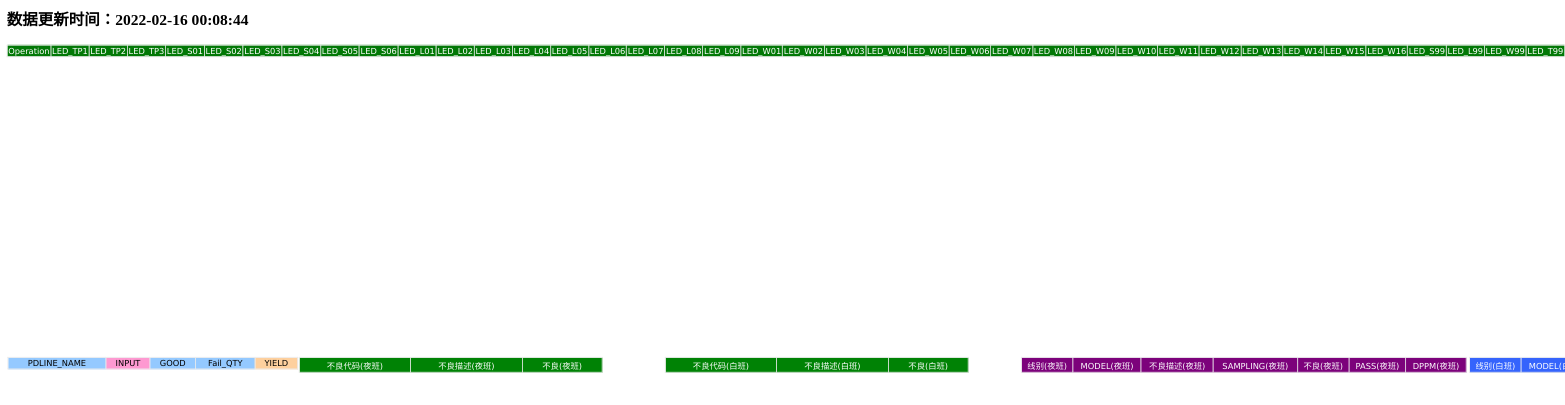
Repository: zxj19880502/mycode
Page: http://localhost/test1/time.jsp
The author's editor kept a copy of each file at every save. The page is drawn from the files as they stood at one save, then again after the next save.
The browser window is 1280 px wide. The page is 1886 px wide, so the pictures cover 1886 px, including what lies to the right of the window. The pictures show the whole page, at 83% of full size.
The page is served by Tomcat 9. Queries for data that is not in the repository find no rows.

Above is the page before, as saved 2022-02-17 00:33:53.

### apache-tomcat-8.5.73/webapps/ROOT/test1/time.jsp
<%@ page contentType="text/html;charset=utf-8" language="java" errorPage="" %>
 <%@ page import="java.text.*"%>
<%@ page import="java.sql.*" %>
 <%@page import="java.util.*"%>

<meta http-equiv="refresh" content="300">

<html>



<head>

  <title>时间查询</title>


<style type="text/css">
#container {
    height: 70%;
}

.highcharts-figure,
.highcharts-data-table table {

    margin: 1em auto;
}

#datatable {
    font-family: Verdana, sans-serif;
    border-collapse: collapse;
    border: 1px solid #ebebeb;

    text-align: center;
    font-size:10px;

}



#datatable td,
#datatable th,
#datatable caption {
    padding: 0.1em;
}

#datatable thead tr,
#datatable tr:nth-child(even) {
    background: #f8f8f8;
}

#datatable tr:hover {
    background: #f1f7ff;
}

		</style>
</head>
 <body >

<%

Class.forName("oracle.jdbc.driver.OracleDriver");

Connection connection=DriverManager.getConnection("jdbc:oracle:thin:@172.22.24.221:1521:ledmes1","sajet","tech");

Statement stmt=connection.createStatement();

Statement stmtc=connection.createStatement();
Statement cc=connection.createStatement();
Statement dd=connection.createStatement();

Statement hja=connection.createStatement();
Statement wip=connection.createStatement();

Statement nqc=connection.createStatement();
Statement dqc=connection.createStatement();

String path = request.getContextPath();
String basePath = request.getScheme()+"://"+request.getServerName()+":"+request.getServerPort()+path+"/";
String starday = request.getParameter("day");//用request得到
String startime = request.getParameter("time");//用request得到
String endday = request.getParameter("endday");//用request得到
String endtime = request.getParameter("endtime");//用request得到
String datetime = new SimpleDateFormat("yyyy-MM-dd HH:mm:ss").format(Calendar.getInstance().getTime());//系统时间变量
ResultSet rs =stmt.executeQuery("SELECT PROCESS_NAME ,sum(nvl(LED_TP1,'0')) LED_TP1,sum(nvl(LED_TP2,'0')) LED_TP2,sum(nvl(LED_TP3,'0')) LED_TP3,sum(nvl(LED_S01,'0')) LED_S01,sum(nvl(LED_S02,'0')) LED_S02,sum(nvl(LED_S03,'0')) LED_S03,sum(nvl(LED_S04,'0')) LED_S04,sum(nvl(LED_S05,'0')) LED_S05,sum(nvl(LED_S06,'0')) LED_S06,sum(nvl(LED_L01,'0')) LED_L01,sum(nvl(LED_L02,'0')) LED_L02,sum(nvl(LED_L03,'0')) LED_L03,sum(nvl(LED_L04,'0')) LED_L04,sum(nvl(LED_L05,'0')) LED_L05,sum(nvl(LED_L06,'0')) LED_L06,sum(nvl(LED_L07,'0')) LED_L07,sum(nvl(LED_L08,'0')) LED_L08,sum(nvl(LED_L09,'0')) LED_L09,sum(nvl(LED_W01,'0')) LED_W01,sum(nvl(LED_W02,'0')) LED_W02,sum(nvl(LED_W03,'0')) LED_W03,sum(nvl(LED_W04,'0')) LED_W04,sum(nvl(LED_W05,'0')) LED_W05,sum(nvl(LED_W06,'0')) LED_W06,sum(nvl(LED_W07,'0')) LED_W07,sum(nvl(LED_W08,'0')) LED_W08,sum(nvl(LED_W09,'0')) LED_W09,sum(nvl(LED_W10,'0')) LED_W10,sum(nvl(LED_W11,'0')) LED_W11,sum(nvl(LED_W12,'0')) LED_W12,sum(nvl(LED_W13,'0')) LED_W13,sum(nvl(LED_W14,'0')) LED_W14,sum(nvl(LED_W15,'0')) LED_W15,sum(nvl(LED_W16,'0')) LED_W16,sum(nvl(LED_S99,'0')) LED_S99,sum(nvl(LED_L99,'0')) LED_L99,sum(nvl(LED_W99,'0')) LED_W99,sum(nvl(LED_T99,'0')) LED_T99 from(SELECT PDLINE_NAME,PROCESS_NAME, decode(PDLINE_NAME,'LED_TP1',input)LED_TP1,decode(PDLINE_NAME,'LED_W10',input) LED_W10,decode(PDLINE_NAME,'LED_W16',input) LED_W16 ,decode(PDLINE_NAME,'LED_W01',input) LED_W01 ,decode(PDLINE_NAME,'LED_L05',input) LED_L05,decode(PDLINE_NAME,'LED_S01',input) LED_S01,decode(PDLINE_NAME,'LED_S02',input) LED_S02 ,decode(PDLINE_NAME,'LED_L02',input) LED_L02 ,decode(PDLINE_NAME,'LED_L08',input) LED_L08 ,decode(PDLINE_NAME,'LED_L04',input) LED_L04 ,decode(PDLINE_NAME,'LED_L09',input) LED_L09,decode(PDLINE_NAME,'LED_TP2',input) LED_TP2,decode(PDLINE_NAME,'LED_W03',input) LED_W03 ,decode(PDLINE_NAME,'LED_L03',input) LED_L03 ,decode(PDLINE_NAME,'LED_W07',input) LED_W07,decode(PDLINE_NAME,'LED_W08',input) LED_W08,decode(PDLINE_NAME,'LED_S05',input) LED_S05 ,decode(PDLINE_NAME,'LED_W05',input) LED_W05 ,decode(PDLINE_NAME,'LED_W04',input) LED_W04 ,decode(PDLINE_NAME,'LED_TP3',input) LED_TP3 ,decode(PDLINE_NAME,'LED_S99',input) LED_S99,decode(PDLINE_NAME,'LED_W02',input) LED_W02,decode(PDLINE_NAME,'LED_S04',input) LED_S04 ,decode(PDLINE_NAME,'LED_S03',input) LED_S03 ,decode(PDLINE_NAME,'LED_W09',input) LED_W09,decode(PDLINE_NAME,'LED_L01',input) LED_L01,decode(PDLINE_NAME,'LED_L07',input) LED_L07 ,decode(PDLINE_NAME,'LED_W11',input) LED_W11 ,decode(PDLINE_NAME,'LED_L99',input) LED_L99 ,decode(PDLINE_NAME,'LED_W12',input) LED_W12 ,decode(PDLINE_NAME,'LED_S06',input) LED_S06 ,decode(PDLINE_NAME,'LED_W06',input) LED_W06 ,decode(PDLINE_NAME,'LED_L06',input) LED_L06 ,decode(PDLINE_NAME,'LED_W13',input) LED_W13 ,decode(PDLINE_NAME,'LED_W14',input) LED_W14 ,decode(PDLINE_NAME,'LED_W15',input) LED_W15 ,decode(PDLINE_NAME,'LED_W99',input) LED_W99 ,decode(PDLINE_NAME,'LED_T99',input) LED_T99 from INPUT_QTYC  WHERE WORK_DATE||WORK_TIME between to_CHAR('"+startime+""+starday+"')and to_char('"+endtime+""+endday+"'))GROUP BY PROCESS_NAME ");
ResultSet hjb =hja.executeQuery("SELECT PROCESS_NAME ,sum(INPUT)AS INPUT,sum(PASS_QTY)AS PASS_QTY,sum(FAIL_QTY)AS fail, SUM(REPASS_QTY)AS REPASS,CONCAT(round(decode(SUM(PASS_QTY),0,0,(SUM(PASS_QTY)/(sum(input)))*100),2),'%')AS yeald FROM input_qtyc  WHERE WORK_DATE||WORK_TIME between to_CHAR('"+startime+""+starday+"')and to_char('"+endtime+""+endday+"')  GROUP BY PROCESS_NAME ");
ResultSet wips =wip.executeQuery("SELECT '合计'AS heji, sum(PASS_QTY+FAIL_QTY)AS INPUT,sum(PASS_QTY)AS PASS_QTY,sum(FAIL_QTY)AS fail, SUM(REPASS_QTY)AS REPASS,CONCAT(round(decode(SUM(PASS_QTY),0,0,(SUM(PASS_QTY)/(sum(PASS_QTY+FAIL_QTY)))*100),2),'%')AS yeald FROM G_SN_COUNT a LEFT join sajet.SYS_PROCESS b  on a.process_id = b.process_id LEFT join sajet.SYS_PDLINE c  on a.PDLINE_ID = c.PDLINE_ID WHERE WORK_DATE||WORK_TIME between to_CHAR('"+startime+""+starday+"')and to_char('"+endtime+""+endday+"')");

ResultSet rc =stmtc.executeQuery("SELECT * FROM (SELECT PDLINE_NAME,sum(PASS_QTY+FAIL_QTY)as input,sum(PASS_QTY)as good,SUM(FAIL_QTY)AS FAIL_QTY,CONCAT(round(decode(SUM(PASS_QTY),0,0,(SUM(PASS_QTY)/(sum(PASS_QTY+FAIL_QTY)))*100),2),'%')as Yield from(select * from sajet.G_SN_COUNT a  LEFT join sajet.SYS_PROCESS b  on a.process_id = b.process_id LEFT join sajet.SYS_PDLINE c  on a.PDLINE_ID = c.PDLINE_ID LEFT join sajet.G_WO_BASE d  on a.WORK_ORDER = d.WORK_ORDER WHERE A.WORK_DATE||A.WORK_TIME between to_CHAR('"+startime+""+starday+"')and to_char('"+endtime+""+endday+"') )GROUP BY PDLINE_NAME ORDER BY FAIL_QTY DESC ) ");
ResultSet rb =cc.executeQuery("SELECT distinct Defect_Code 不良代码,Defect_Desc 不良描述, SUMCOUNT 数量 FROM (SELECT F.Defect_Code , F.Defect_Desc ,SUM (A.DEFECT_QTY) SUMCOUNT FROM SAJET.G_SN_DEFECT A, SAJET.SYS_DEFECT F WHERE 1=1 and  A.REC_TIME >= (SYSDATE - 225)AND A.REC_TIME <  (SYSDATE) AND A.DEFECT_ID = F.DEFECT_ID AND  A.REC_TIME between TRUNC(SYSDATE) + 08/24 and TRUNC(SYSDATE) + 20/24 GROUP BY F.Defect_Code, F.Defect_Desc ORDER BY 3 DESC)WHERE ROWNUM <= 20");
ResultSet rf=dd.executeQuery("SELECT distinct Defect_Code 不良代码,Defect_Desc 不良描述, SUMCOUNT 数量 FROM (SELECT F.Defect_Code , F.Defect_Desc ,SUM (A.DEFECT_QTY) SUMCOUNT FROM SAJET.G_SN_DEFECT A, SAJET.SYS_DEFECT F WHERE 1=1 and  A.REC_TIME >= (SYSDATE - 225)AND A.REC_TIME <  (SYSDATE) AND A.DEFECT_ID = F.DEFECT_ID AND  A.REC_TIME between TRUNC(SYSDATE-1) + 20/24 and TRUNC(SYSDATE) + 08/24 GROUP BY F.Defect_Code, F.Defect_Desc ORDER BY 3 DESC)WHERE ROWNUM <= 20");

ResultSet nq=nqc.executeQuery("SELECT PDLINE_NAME 线别,MODEL_ID model,defect_desc 不良描述,SAMPLING_SIZE SAMPLING,FAIL_QTY 不良,PASS_QTY PASS,dppm FROM (SELECT D.PDLINE_NAME,A.MODEL_ID ,C.DEFECT_DESC,A.SAMPLING_SIZE ,A.FAIL_QTY,A.PASS_QTY,sum(FAIL_QTY/SAMPLING_SIZE*1000000)DPPM FROM G_QC_LOT A LEFT JOIN G_QC_SN_DEFECT B ON A.QC_LOTNO =B.QC_LOTNO LEFT JOIN SYS_DEFECT C ON B.DEFECT_ID =C.DEFECT_ID LEFT JOIN SYS_PDLINE D ON A.PDLINE_ID =D.PDLINE_ID WHERE END_TIME between TRUNC(SYSDATE-1) + 20/24 and TRUNC(SYSDATE) + 08/24 GROUP BY D.PDLINE_NAME,A.MODEL_ID ,C.DEFECT_DESC,A.SAMPLING_SIZE ,A.FAIL_QTY,A.PASS_QTY ORDER BY A.FAIL_QTY DESC )WHERE ROWNUM <= 20");
ResultSet dq=dqc.executeQuery("SELECT PDLINE_NAME 线别,MODEL_ID model,defect_desc 不良描述,SAMPLING_SIZE SAMPLING,FAIL_QTY 不良,PASS_QTY PASS ,dppm FROM (SELECT D.PDLINE_NAME,A.MODEL_ID ,C.DEFECT_DESC,A.SAMPLING_SIZE ,A.FAIL_QTY,A.PASS_QTY ,sum(FAIL_QTY/SAMPLING_SIZE*1000000) dppm FROM G_QC_LOT A LEFT JOIN G_QC_SN_DEFECT B ON A.QC_LOTNO =B.QC_LOTNO LEFT JOIN SYS_DEFECT C ON B.DEFECT_ID =C.DEFECT_ID LEFT JOIN SYS_PDLINE D ON A.PDLINE_ID =D.PDLINE_ID WHERE END_TIME between TRUNC(SYSDATE) + 08/24 and TRUNC(SYSDATE) + 20/24 GROUP BY D.PDLINE_NAME,A.MODEL_ID ,C.DEFECT_DESC,A.SAMPLING_SIZE ,A.FAIL_QTY,A.PASS_QTY ORDER BY A.FAIL_QTY DESC )WHERE ROWNUM <= 20");
%>
<tr><td><h3>数据更新时间：<%=datetime %></h3></td></tr>



<table id="datatable" border="1">

    <tr>


  <td style="background: #027806;color: #fff">Operation</td>

         <td style="background: #027806;color: #fff">LED_TP1</td>
         <td style="background: #027806;color: #fff">LED_TP2</td>
         <td style="background: #027806;color: #fff">LED_TP3</td>
         <td style="background: #027806;color: #fff">LED_S01</td>
         <td style="background: #027806;color: #fff">LED_S02</td>
         <td style="background: #027806;color: #fff">LED_S03</td>
         <td style="background: #027806;color: #fff">LED_S04</td>
         <td style="background: #027806;color: #fff">LED_S05</td>
         <td style="background: #027806;color: #fff">LED_S06</td>
         <td style="background: #027806;color: #fff">LED_L01</td>
         <td style="background: #027806;color: #fff">LED_L02</td>
         <td style="background: #027806;color: #fff">LED_L03</td>
         <td style="background: #027806;color: #fff">LED_L04</td>
         <td style="background: #027806;color: #fff">LED_L05</td>
         <td style="background: #027806;color: #fff">LED_L06</td>
         <td style="background: #027806;color: #fff">LED_L07</td>
         <td style="background: #027806;color: #fff">LED_L08</td>
         <td style="background: #027806;color: #fff">LED_L09</td>
         <td style="background: #027806;color: #fff">LED_W01</td>
         <td style="background: #027806;color: #fff">LED_W02</td>
         <td style="background: #027806;color: #fff">LED_W03</td>
         <td style="background: #027806;color: #fff">LED_W04</td>
         <td style="background: #027806;color: #fff">LED_W05</td>
         <td style="background: #027806;color: #fff">LED_W06</td>
         <td style="background: #027806;color: #fff">LED_W07</td>
         <td style="background: #027806;color: #fff">LED_W08</td >
         <td style="background: #027806;color: #fff">LED_W09</td>
         <td style="background: #027806;color: #fff">LED_W10</td>
         <td style="background: #027806;color: #fff">LED_W11</td>
         <td style="background: #027806;color: #fff">LED_W12</td>
         <td style="background: #027806;color: #fff">LED_W13</td>
         <td style="background: #027806;color: #fff">LED_W14</td>
         <td style="background: #027806;color: #fff">LED_W15</td>
         <td style="background: #027806;color: #fff">LED_W16</td>
         <td style="background: #027806;color: #fff">LED_S99</td>
         <td style="background: #027806;color: #fff">LED_L99</td>
         <td style="background: #027806;color: #fff">LED_W99</td>
         <td style="background: #027806;color: #fff">LED_T99</td>

       </tr>


          <% while(rs.next()){ %>

        <tr style="background: #ffffd1">

           <td style=" background: #cb99fa"> <%=rs.getString(1)%></td>
            <td> <%=rs.getString(2)%></td>
             <td> <%=rs.getString(3)%></td>
              <td> <%=rs.getString(4)%></td>
               <td> <%=rs.getString(5)%></td>
                <td> <%=rs.getString(6)%></td>
                 <td> <%=rs.getString(7)%></td>
                  <td> <%=rs.getString(8)%></td>
                   <td> <%=rs.getString(9)%></td>
                    <td> <%=rs.getString(10)%></td>
                     <td> <%=rs.getString(11)%></td>
                      <td> <%=rs.getString(12)%></td>
                       <td> <%=rs.getString(13)%></td>
                        <td> <%=rs.getString(14)%></td>
                         <td> <%=rs.getString(15)%></td>
                          <td> <%=rs.getString(16)%></td>
                           <td> <%=rs.getString(17)%></td>
                            <td> <%=rs.getString(18)%></td>
                             <td> <%=rs.getString(19)%></td>
                              <td> <%=rs.getString(20)%></td>
                               <td> <%=rs.getString(21)%></td>
                                <td> <%=rs.getString(22)%></td>
                                 <td> <%=rs.getString(23)%></td>
                                  <td> <%=rs.getString(24)%></td>
                                   <td> <%=rs.getString(25)%></td>
                                    <td> <%=rs.getString(26)%></td>
                                     <td> <%=rs.getString(27)%></td>
                                      <td> <%=rs.getString(28)%></td>
                                      <td> <%=rs.getString(29)%></td>
                                       <td> <%=rs.getString(30)%></td>
                                        <td> <%=rs.getString(31)%></td>
                                         <td> <%=rs.getString(32)%></td>
                                          <td> <%=rs.getString(33)%></td>
                                           <td> <%=rs.getString(34)%></td>
                                            <td> <%=rs.getString(35)%></td>
                                             <td> <%=rs.getString(36)%></td>
                                              <td> <%=rs.getString(37)%></td>
                                               <td> <%=rs.getString(38)%></td>
                                               <td> <%=rs.getString(39)%></td>



     <% } %>


  </tr>





 <table  name="er" id="er" style="position:absolute;top:430px;left:9px;width: 350px;font-family: Verdana, sans-serif;border-collapse: collapse;border: 1px solid #ebebeb;text-align: center;font-size:10px">
  <tr>
      <td style="background: #94c9ff;border: 1px solid #ebebeb;">PDLINE_NAME  </td>
       <td style="background: #fe99d1;border: 1px solid #ebebeb;">INPUT</td>
          <td style="background: #94c9ff;border: 1px solid #ebebeb;">GOOD</td>
          <td style="background: #94c9ff;border: 1px solid #ebebeb;">Fail_QTY</td>
           <td  style="background: #fed09e;border: 1px solid #ebebeb;">YIELD</td>
  </tr>

  <% while(rc.next()){   %>

    <tr >

           <td style="background: #94c9ff; border: 1px solid #ebebeb;"> <%=rc.getString(1)%></td>
           <td style="background: #fe99d1; border: 1px solid #ebebeb;"> <%=rc.getString(2)%></td>
           <td style="background: #94c9ff; border: 1px solid #ebebeb;"> <%=rc.getString(3)%></td>
           <td style="background: #94c9ff; border: 1px solid #ebebeb;"> <%=rc.getString(4)%></td>
           <td style="background: #fed09e; border: 1px solid #ebebeb;"> <%=rc.getString(5)%></td>
</tr>

  <% } %>

  </table>

<script type="text/javascript">
window.onload = function() {
    // 第4列
    var column_num = 4;

    // 获取元素
    var table = document.getElementById("er"),
        rows = table.getElementsByTagName("tr");

    // 循环表格
    for(var i = 0; i < rows.length; i++) {
        var cells = rows[i].getElementsByTagName("td");
        for(var c = 0; c < cells.length; c++) {
            // 对应列
            if(c + 1 === column_num
                // 判断是否小于 0
                && parseFloat(cells[c].innerHTML) > 0) {
                // 两者均成立，改变颜色
                rows[i].style.color = "#f00";
                // 检查下一行
                break;
            }
        }
    }
}
</script>


 <table style="position:absolute;top:430px;left:801px;width: 366px;font-family: Verdana, sans-serif;border-collapse: collapse;border: 1px solid #ebebeb;text-align: center;font-size:10px">
  <tr>

        <td style="background: #008205;border: 1px solid #ebebeb;color: #fff;">不良代码(白班)</td>
         <td style="background: #008205;border: 1px solid #ebebeb;color: #fff;">不良描述(白班)</td>
          <td style="background: #008205;border: 1px solid #ebebeb;color: #fff;">不良(白班)</td>
          </tr>



  <% while(rb.next()){ %>
    <tr>

           <td style=" background: #fcfe9d;border: 1px solid #ebebeb;"> <%=rb.getString(1)%></td>
           <td style=" background: #fcfe9d;border: 1px solid #ebebeb;"> <%=rb.getString(2)%></td>
           <td style=" background: #fcfe9d;border: 1px solid #ebebeb;"> <%=rb.getString(3)%></td>
          </tr>

  <% } %>
 <table id="two" style="position:absolute;top:430px;left:360px;;width: 366;font-family: Verdana, sans-serif;border-collapse: collapse;border: 1px solid #ebebeb;text-align: center;font-size:10px">
  <tr>

        <td style="background: #008205;border: 1px solid #ebebeb;color: #fff;">不良代码(夜班)</td>
         <td style="background: #008205;border: 1px solid #ebebeb;color: #fff;">不良描述(夜班)</td>
          <td style="background: #008205;border: 1px solid #ebebeb;color: #fff;">不良(夜班)</td>
          </tr>



  <% while(rf.next()){ %>
    <tr>

           <td style=" background: #fcfe9d;border: 1px solid #ebebeb;"> <%=rf.getString(1)%></td>
           <td style=" background: #fcfe9d;border: 1px solid #ebebeb;"> <%=rf.getString(2)%></td>
           <td style=" background: #fcfe9d;border: 1px solid #ebebeb;"> <%=rf.getString(3)%></td>
          </tr>

  <% } %>

</table>



 <table  style="position:absolute;top:430px;left:1230px;;width: 537;font-family: Verdana, sans-serif;border-collapse: collapse;border: 1px solid #ebebeb;text-align: center;font-size:10px">
  <tr>

        <td style="background: #7c027b;border: 1px solid #ebebeb;color: #fff;">线别(夜班)</td>
         <td style="background: #7c027b;border: 1px solid #ebebeb;color: #fff;">MODEL(夜班)</td>
          <td style="background: #7c027b;border: 1px solid #ebebeb;color: #fff;">不良描述(夜班)</td>
          <td style="background: #7c027b;border: 1px solid #ebebeb;color: #fff;">SAMPLING(夜班)</td>
          <td style="background: #7c027b;border: 1px solid #ebebeb;color: #fff;">不良(夜班)</td>
          <td style="background: #7c027b;border: 1px solid #ebebeb;color: #fff;">PASS(夜班)</td>
          <td style="background: #7c027b;border: 1px solid #ebebeb;color: #fff;">DPPM(夜班)</td>
          </tr>



  <% while(nq.next()){ %>
    <tr>

           <td style=" background: #fcfe9d;border: 1px solid #ebebeb;"> <%=nq.getString(1)%></td>
           <td style=" background: #fcfe9d;border: 1px solid #ebebeb;"> <%=nq.getString(2)%></td>
           <td style=" background: #fcfe9d;border: 1px solid #ebebeb;"> <%=nq.getString(3)%></td>
           <td style=" background: #fcfe9d;border: 1px solid #ebebeb;"> <%=nq.getString(4)%></td>
           <td style=" background: #fcfe9d;border: 1px solid #ebebeb;"> <%=nq.getString(5)%></td>
           <td style=" background: #fcfe9d;border: 1px solid #ebebeb;"> <%=nq.getString(6)%></td>
           <td style=" background: #fcfe9d;border: 1px solid #ebebeb;"> <%=nq.getString(7)%></td>
          </tr>

  <% } %>

</table>

<table style="position:absolute;top:430px;left:1770px;;width: 537;font-family: Verdana, sans-serif;border-collapse: collapse;border: 1px solid #ebebeb;text-align: center;font-size:10px">
  <tr>

        <td style="background: #3564fc;border: 1px solid #ebebeb;color: #fff;">线别(白班)</td>
         <td style="background: #3564fc;border: 1px solid #ebebeb;color: #fff;">MODEL(白班)</td>
          <td style="background: #3564fc;border: 1px solid #ebebeb;color: #fff;">不良描述(白班)</td>
          <td style="background: #3564fc;border: 1px solid #ebebeb;color: #fff;">SAMPLING(白班)</td>
          <td style="background: #3564fc;border: 1px solid #ebebeb;color: #fff;">不良(白班)</td>
          <td style="background: #3564fc;border: 1px solid #ebebeb;color: #fff;">PASS(白班)</td>
          <td style="background: #3564fc;border: 1px solid #ebebeb;color: #fff;">DPPM(白班)</td>
          </tr>



  <% while(dq.next()){ %>
    <tr>

           <td style=" background: #fcfe9d;border: 1px solid #ebebeb;"> <%=dq.getString(1)%></td>
           <td style=" background: #fcfe9d;border: 1px solid #ebebeb;"> <%=dq.getString(2)%></td>
           <td style=" background: #fcfe9d;border: 1px solid #ebebeb;"> <%=dq.getString(3)%></td>
           <td style=" background: #fcfe9d;border: 1px solid #ebebeb;"> <%=dq.getString(4)%></td>
           <td style=" background: #fcfe9d;border: 1px solid #ebebeb;"> <%=dq.getString(5)%></td>
           <td style=" background: #fcfe9d;border: 1px solid #ebebeb;"> <%=dq.getString(6)%></td>
           <td style=" background: #fcfe9d;border: 1px solid #ebebeb;"> <%=dq.getString(7)%></td>
          </tr>

  <% } %>

</table>





	 <table  style="position:absolute;top:51px;left:2350px;width: 500px; font-family: Verdana, sans-serif;border-collapse: collapse;border: 1px solid #ebebeb;text-align: center;font-size:10px">
  <tr>

        <td style="background: #027806;color: #fff;border: 1px solid #ebebeb;">Operation</td>
         <td style="background: #027806;color: #fff;border: 1px solid #ebebeb;">INPUT</td>
         <td style="background: #027806;color: #fff;border: 1px solid #ebebeb;">良品数量</td>
         <td style="background: #027806;color: #fff;border: 1px solid #ebebeb;">不良数量</td>
         <td style="background: #027806;color: #fff;border: 1px solid #ebebeb;">维修数量</td>
          <td style="background: #027806;color: #fff;border: 1px solid #ebebeb;">YEALD</td>
          </tr>



  <% while(hjb.next()){ %>
    <tr>

           <td style=" background: #cb99fa;border: 1px solid #ebebeb;"> <%=hjb.getString(1)%></td>
           <td style=" background: #ffffd3;border: 1px solid #ebebeb;"> <%=hjb.getString(2)%></td>
           <td style=" background: #cfffff;border: 1px solid #ebebeb;"> <%=hjb.getString(3)%></td>
           <td style=" background: #cfffff;border: 1px solid #ebebeb;"> <%=hjb.getString(4)%></td>
           <td style=" background: #cfffff;border: 1px solid #ebebeb;"> <%=hjb.getString(5)%></td>
           <td style=" background: #cfffff;border: 1px solid #ebebeb;"> <%=hjb.getString(6)%></td>
          </tr>

  <% } %>

</table>





		 <table style="position:absolute;top:430px;left:2350px;width: 500px;font-family: Verdana, sans-serif;border-collapse: collapse;border: 1px solid #ebebeb;text-align: center;font-size:10px">
  <tr>

        <td style=" width:140px; background: #f89ace;color: #fff;border: 1px solid #ebebeb;">Operation</td>
        <td style="background: #f89ace;color: #fff;border: 1px solid #ebebeb;">INPUT</td>
         <td style="background: #f89ace;color: #fff;border: 1px solid #ebebeb;">良品数量</td>
          <td style="background: #f89ace;color: #fff;border: 1px solid #ebebeb;">不良数量</td>
         <td style="background: #f89ace;color: #fff;border: 1px solid #ebebeb;">维修数量</td>
         <td style="background: #f89ace;color: #fff;border: 1px solid #ebebeb;">YEALD</td>
          </tr>



  <% while(wips.next()){ %>
    <tr>

           <td  style="background: #cb99fa;border: 1px solid #ebebeb;"> <%=wips.getString(1)%></td>
           <td style=" background: #ffffd3;border: 1px solid #ebebeb;"> <%=wips.getString(2)%></td>
           <td style=" background: #cfffff;border: 1px solid #ebebeb;"> <%=wips.getString(3)%></td>
           <td style=" background: #cfffff;border: 1px solid #ebebeb;"> <%=wips.getString(4)%></td>
           <td style=" background: #cfffff;border: 1px solid #ebebeb;"> <%=wips.getString(5)%></td>
            <td style=" background: #cfffff;border: 1px solid #ebebeb;"> <%=wips.getString(6)%></td>
          </tr>

  <% } %>

</table>






 </table>

  </table>


  </body>
</html>

After the next save:
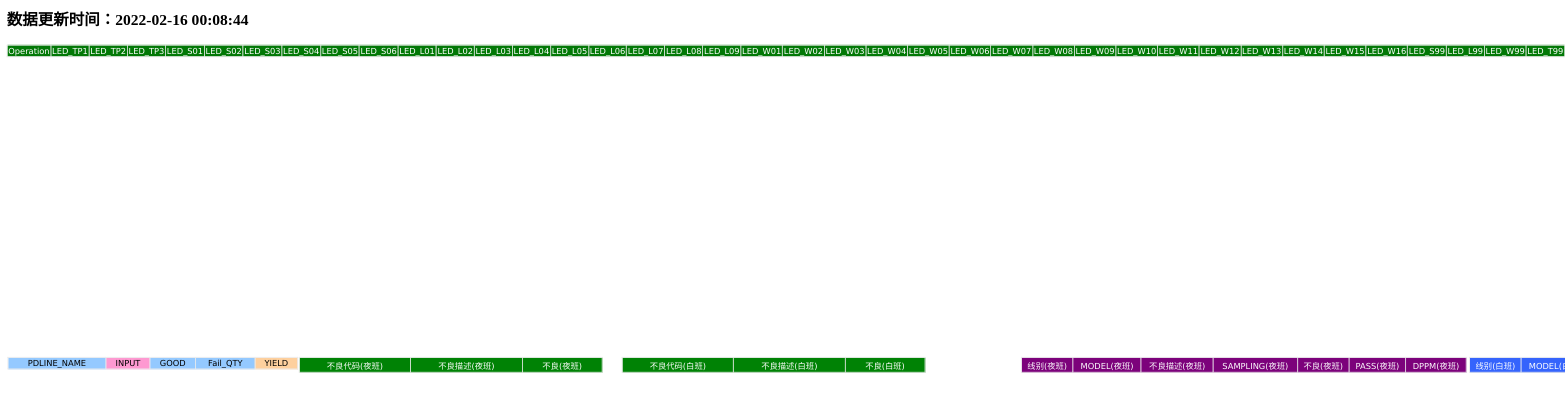
Saved 67 s later.
--- a/apache-tomcat-8.5.73/webapps/ROOT/test1/time.jsp
+++ b/apache-tomcat-8.5.73/webapps/ROOT/test1/time.jsp
@@ -252,7 +252,7 @@ window.onload = function() {
 </script>
 
 
- <table style="position:absolute;top:430px;left:801px;width: 366px;font-family: Verdana, sans-serif;border-collapse: collapse;border: 1px solid #ebebeb;text-align: center;font-size:10px">
+ <table style="position:absolute;top:430px;left:749px;width: 366px;font-family: Verdana, sans-serif;border-collapse: collapse;border: 1px solid #ebebeb;text-align: center;font-size:10px">
   <tr>
 
         <td style="background: #008205;border: 1px solid #ebebeb;color: #fff;">不良代码(白班)</td>
